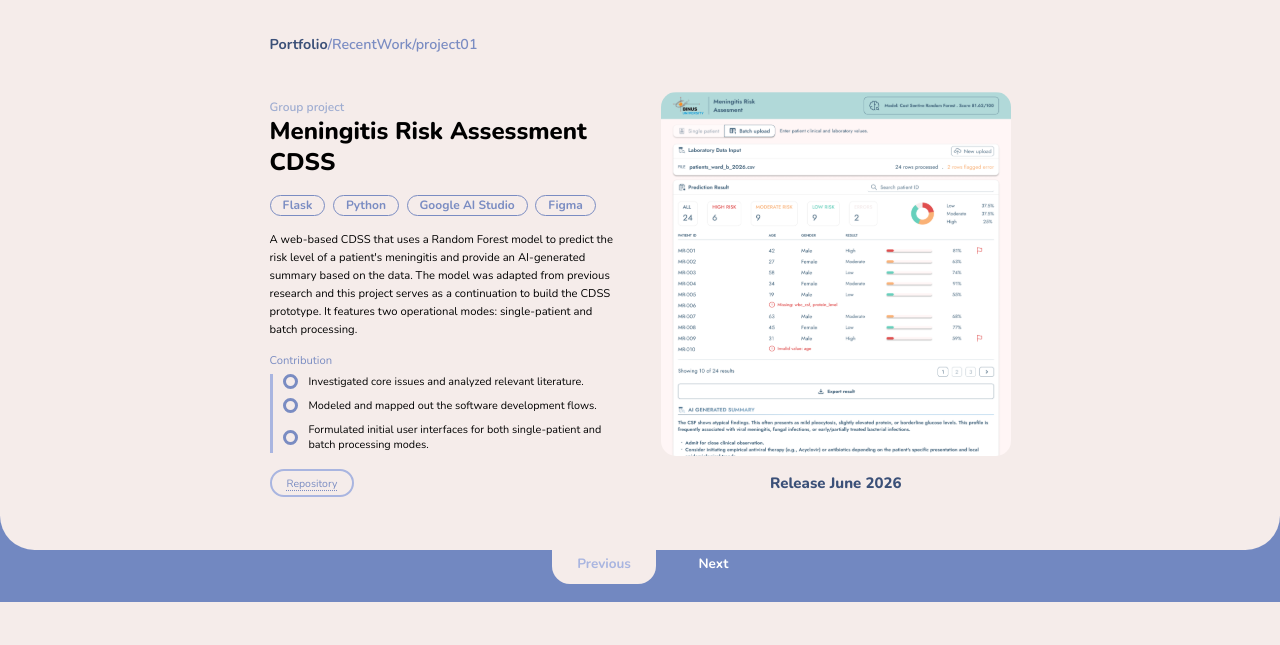
Repository: L-vy/L-vy
Page: /recentworks/project01
The author's editor kept a copy of each file at every save. The page is drawn from the files as they stood at one save, then again after the next save.
The browser window is 1280 px wide. The pictures show the whole page.
Some web fonts or font styles are not loaded; a fallback is used. The project was rebuilt for these pictures with package versions that can differ from the ones it lists, and the page was loaded fresh each time. Also part of the build but not shown: vite.config.ts, src/components/Icon.tsx, src/data/site.ts, src/components/useGoTo.ts, src/components/Navbar.tsx, src/components/Hero.tsx, src/components/Reveal.tsx, src/components/Skills.tsx and 9 more.

Above is the page before, as saved 2026-10-07 19:50:19.

After the next save:
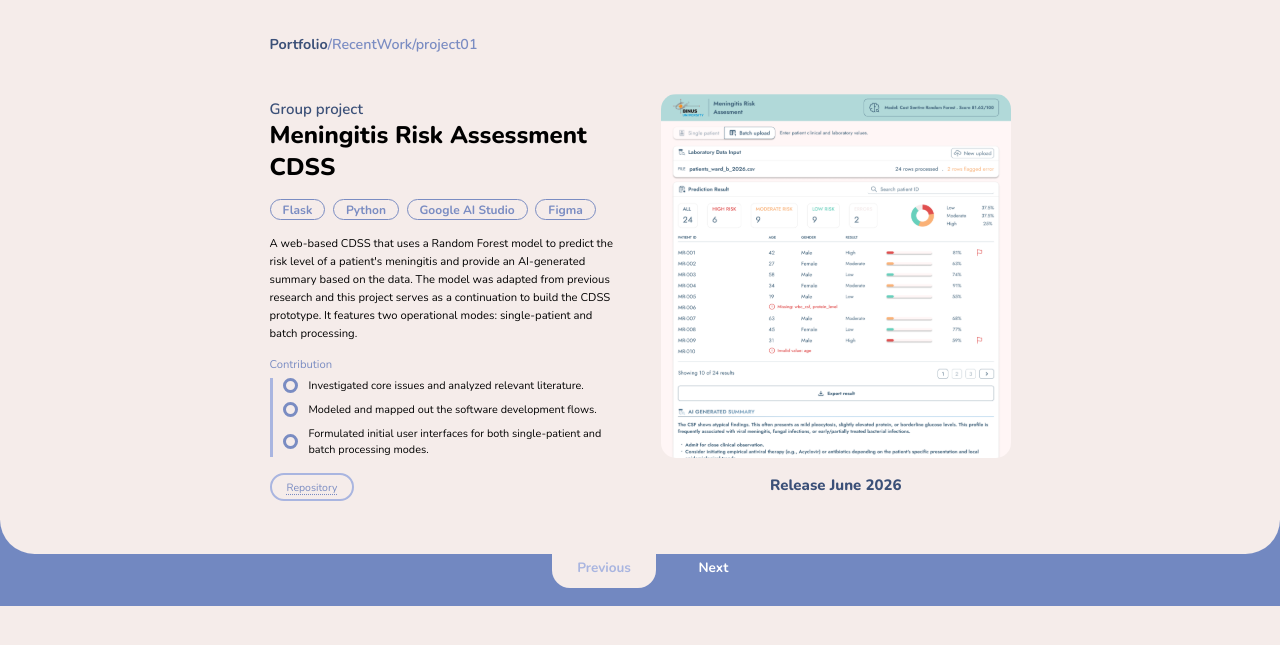
Saved 60 s later.
--- a/src/styles.css
+++ b/src/styles.css
@@ -135,7 +135,7 @@ h1{margin-top:0.25rem;font:400 2.5rem/1.35 'Playwrite US Modern','Nunito',cursiv
 .detail-grid{display:grid;grid-template-columns:1fr 1fr;gap:3.5rem;align-items:center;margin-top:2.875rem}
 .detail-title{margin:0;font:800 2rem/1.3 'Nunito',sans-serif}
 .detail .pills{margin-top:1.375rem}
-.meta{margin-top:0.875rem;font-size:1rem;font-weight:600;color:var(--bar)}
+.meta{margin-top:0.875rem;font-size:1.25rem;font-weight:600;color:var(--ink)}
 .contrib{margin:1.125rem 0 0.5rem;font:400 0.9375rem 'Playwrite US Modern','Nunito',cursive;color:var(--peri)}
 .contrib-list{border-left:3px solid var(--light);padding-left:0.875rem;display:grid;gap:0.75rem;font-size:0.90625rem}
 .contrib-list li{display:flex;gap:0.875rem;align-items:center}
